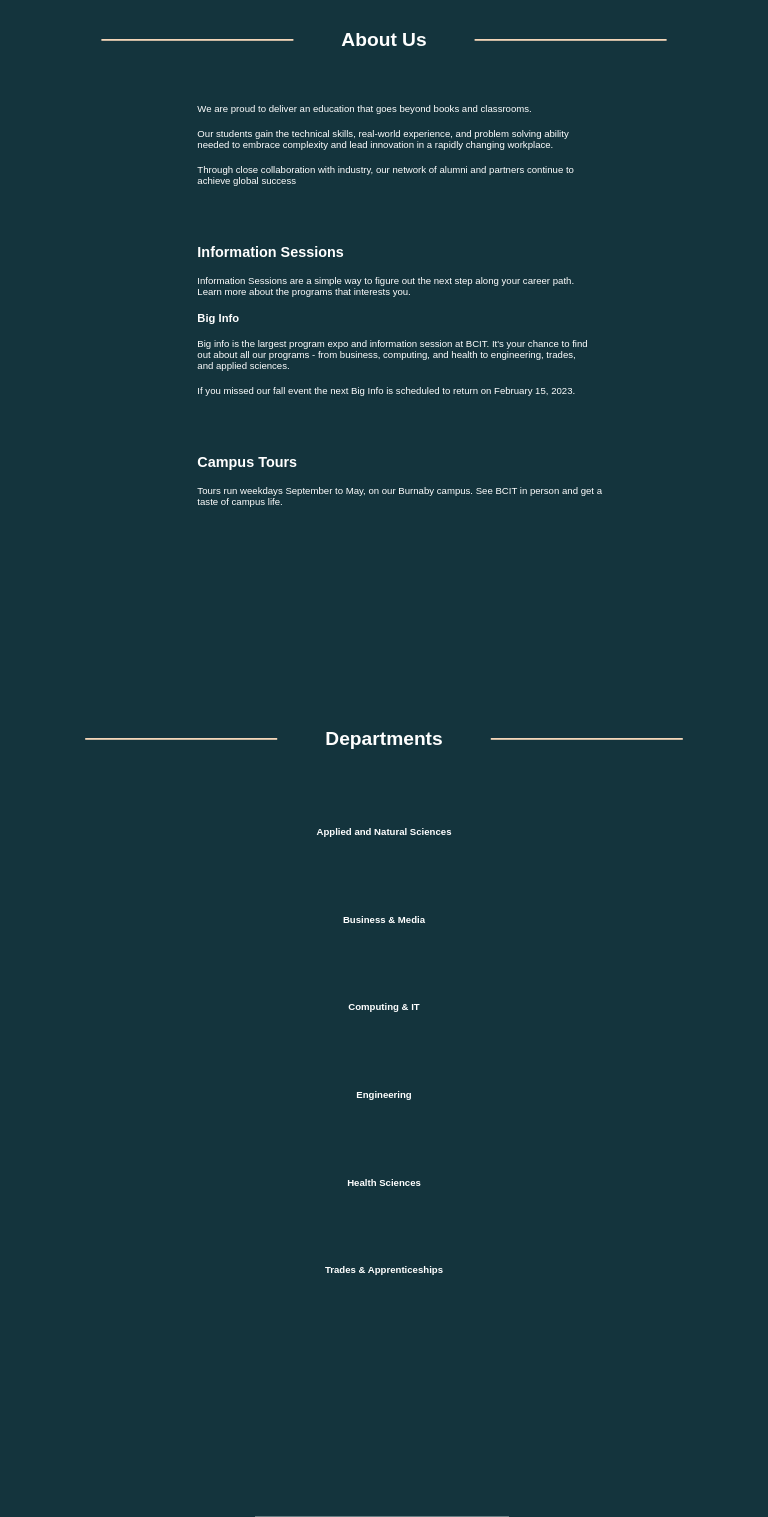
Repository: jennydmcm/assignment-1-playwright-site-A01338943
Page: /about
An editor plug-in stored every save of this project. The page is shown before and after the next save, followed by the edit.
The browser window is 1280 px wide. The pictures show the whole page, at 60% of full size.
The project was rebuilt for these pictures with package versions that can differ from the ones it lists, and the page was loaded fresh each time. The framework's server and built-in components were replaced by stand-ins that run in the browser. Also part of the build but not shown: next.config.js.

Above is the page before, as saved 2023-02-08 14:09:07.

### pages/_app.js
import '../styles/globals.css'
import '../styles/variables.css'

function MyApp({ Component, pageProps }) {
  return <Component {...pageProps} />
}

export default MyApp

### pages/about.js
import Head from "next/head";
import Image from "next/image";
import { Inter } from "@next/font/google";
import styles from "@/styles/About.module.css";
const inter = Inter({ subsets: ["latin"] });

export default function Home() {
  return (
    <>
      <Head>
        <title>About Us</title>
        <meta name="description" content="Generated by create next app" />
        <meta name="viewport" content="width=device-width, initial-scale=1" />
        <meta name="author" content="MDIA 2109" />
        <meta property="og:title" content="Assignment #1 - About Us Page" />
        <meta
          property="og:description"
          content="BCIT Digital Design and Development Diploma"
        />
        <link rel="icon" href="/favicon.png" />
      </Head>
      <main className={styles.main}>
        <header>
          <div className={styles.about}>
            <div className={styles.header}>
              <hr className={styles.lines}></hr>
              <h1 className={styles.aboutTitle}>About Us</h1>
              <hr className={styles.lines}></hr>
            </div>
            <div className={styles.aboutText}>
              <p className={styles.mainText}>
                We are proud to deliver an education that goes beyond books and
                classrooms.
              </p>
              <p className={styles.mainText}>
                Our students gain the technical skills, real-world experience,
                and problem solving ability <br></br>
                needed to embrace complexity and lead innovation in a rapidly
                changing workplace.
              </p>
              <p className={styles.mainText}>
                Through close collaboration with industry, our network of alumni
                and partners continue to <br></br>
                achieve global success
              </p>
            </div>
          </div>
          <div className={styles.infosesh}>
            <h2>Information Sessions</h2>
            <p className={styles.mainText}>
              Information Sessions are a simple way to figure out the next step
              along your career path. <br></br>
              Learn more about the programs that interests you.
            </p>
            <h3 className={styles.bigInfo}>Big Info</h3>
            <p className={styles.mainText}>
              Big info is the largest program expo and information session at
              BCIT. It's your chance to find<br></br>
              out about all our programs - from business, computing, and health
              to engineering, trades,<br></br>
              and applied sciences.
            </p>
            <p className={styles.mainText}>
              If you missed our fall event the next Big Info is scheduled to
              return on February 15, 2023.
            </p>
          </div>

          <div className={styles.tours}>
            <h2>Campus Tours</h2>
            <p className={styles.mainText}>
              Tours run weekdays September to May, on our Burnaby campus. See
              BCIT in person and get a<br></br>
              taste of campus life.
            </p>
          </div>
          <div className={styles.dept}>
            <div className={styles.header}>
              <hr className={styles.lines}></hr>
              <h1 className={styles.deptTitle}>Departments</h1>
              <hr className={styles.lines}></hr>
            </div>
            <h4 className={styles.deptNames}>Applied and Natural Sciences</h4>
            <h4 className={styles.deptNames}>Business & Media</h4>
            <h4 className={styles.deptNames}>Computing & IT</h4>
            <h4 className={styles.deptNames}>Engineering</h4>
            <h4 className={styles.deptNames}>Health Sciences</h4>
            <h4 className={styles.deptNames}>Trades & Apprenticeships</h4>
          </div>
        </header>
        <a>
          <span>
            <img href="/upwardArrow.png"></img>
            <img href="downwardArrow.png"></img>
          </span>
        </a>
      </main>
    </>
  );
}

### styles/variables.css
:root{
    --primary-color: #fff;
    --secondary-color: #f4d6b9;
    --ternary-color: #14343d;
    --quaternary-color: #14343d;
    --quinary-color: rgba(16,46,53,0.5);

}

### styles/About.module.css
.main{
    background-color: var(--ternary-color);
    color: var(--primary-color);
    font-family: Arial, Helvetica, sans-serif;
    display: flex;
    flex-direction: column;
    justify-content: center;
    align-items: center;
}
.about{
    display: flex;
    flex-direction: column;
    padding: 3rem;
    padding-bottom: 3rem;
    align-content: center;


}


.infosesh{
    display: flex;
    flex-direction: column;
    padding: 3rem;
    padding-bottom: 3rem;
    padding-left: 13rem;

}

.bigInfo{
    padding-top: 1.5rem;

}

.tours{
    display: flex;
    flex-direction: column;
    padding: 3rem;
    padding-bottom: 3rem;
    padding-left: 13rem;

}
.aboutText{
    padding-left: 10rem;
}

.dept{
    display: flex;
    flex-direction: column;
    padding-top: 20rem;
    padding-bottom: 20rem;
    align-items: center;


}

.aboutTitle{
    display: flex;
    flex-direction: column;
    align-items: center;
    padding-left: 5rem;
    padding-right: 5rem;
}

.mainText{
    padding-top: 1.5rem;
}

.lines{
    border-top: none;
    border-bottom: 0.2rem solid var(--secondary-color);
    border-left: none;
    border-right: none;
    width: 20rem;
}
.header{
    display: flex;
    flex-direction: row;
    align-items: center;
    padding-bottom: 4rem;
}
.deptTitle{
    padding-left: 5rem;
    padding-right: 5rem;
}

.deptNames{
    display: flex;
    flex-direction: column;
    padding-top: 4rem;
    padding-bottom: 4rem;
}

Loaded but not shown: pages/_document.js (common file); styles/globals.css (common file)

After the next save:
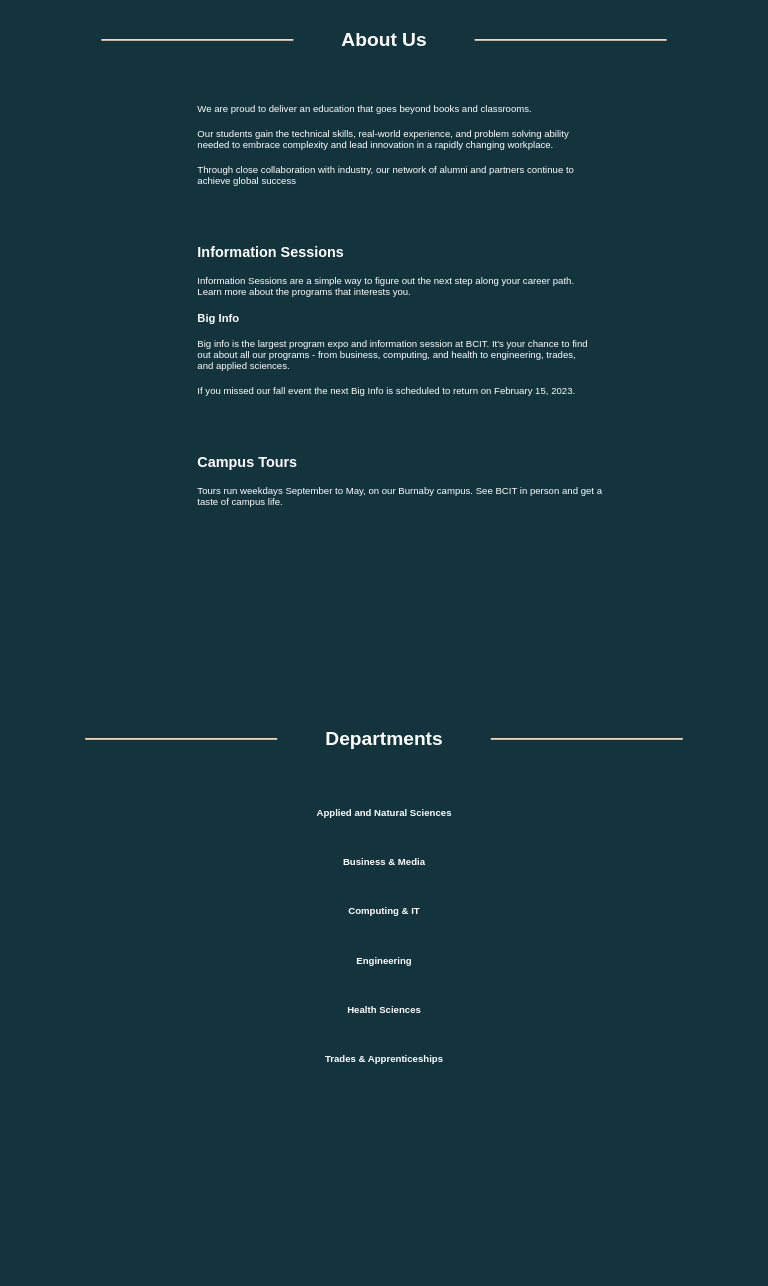
Saved 5 s later.
--- a/styles/About.module.css
+++ b/styles/About.module.css
@@ -87,6 +87,6 @@
 .deptNames{
     display: flex;
     flex-direction: column;
-    padding-top: 4rem;
-    padding-bottom: 4rem;
+    padding-top: 2rem;
+    padding-bottom: 2rem;
 }
